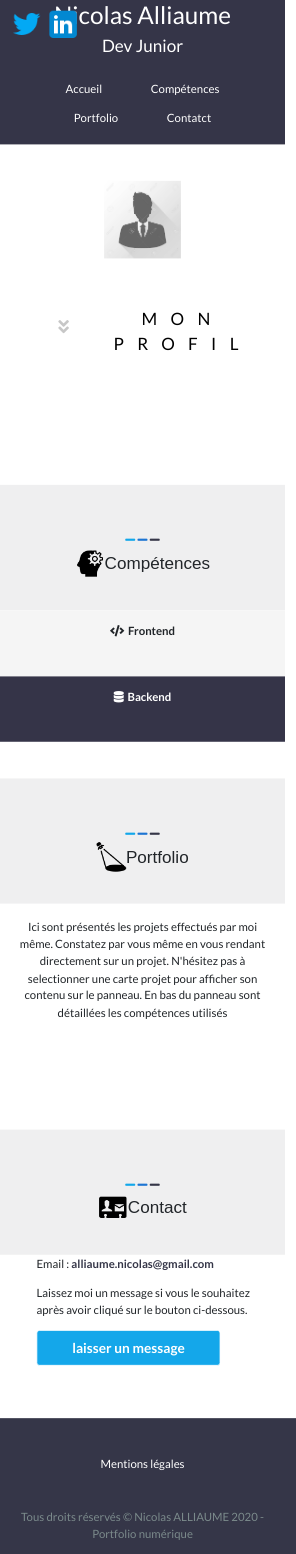
Repository: Nicolas-al/alliaumen
Page: templates/main/index.html.twig
The author's editor kept a copy of each file at every save. The page is drawn from the files as they stood at one save, then again after the next save.
The browser window is 375 px wide. The page is 390 px wide, so the pictures cover 390 px, including what lies to the right of the window. The pictures show the whole page, at 76% of full size.
Some web fonts or font styles are not loaded; a fallback is used. Some web libraries are served in a nearby version. The page is a Twig template of a Symfony application; nobody is signed in and links lead nowhere. The template is opened directly, without the code that normally fills it, so the values that code supplies are empty.

Above is the page before, as saved 2020-09-15 15:56:33.

After the next save:
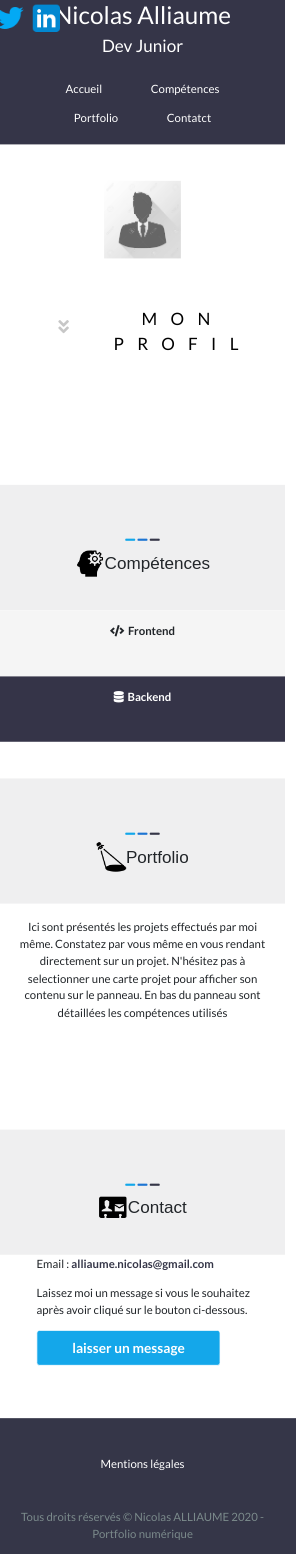
Saved 3 min 38 s later.
--- a/public/css/style.css
+++ b/public/css/style.css
@@ -549,8 +549,8 @@ h6{
         padding-left: 7%;
     }
     .block_network{
-        top: 1%;
-        left: 8%;
+        top: 0%;
+        left: 2%;
     }
     h6{
         display: none;
